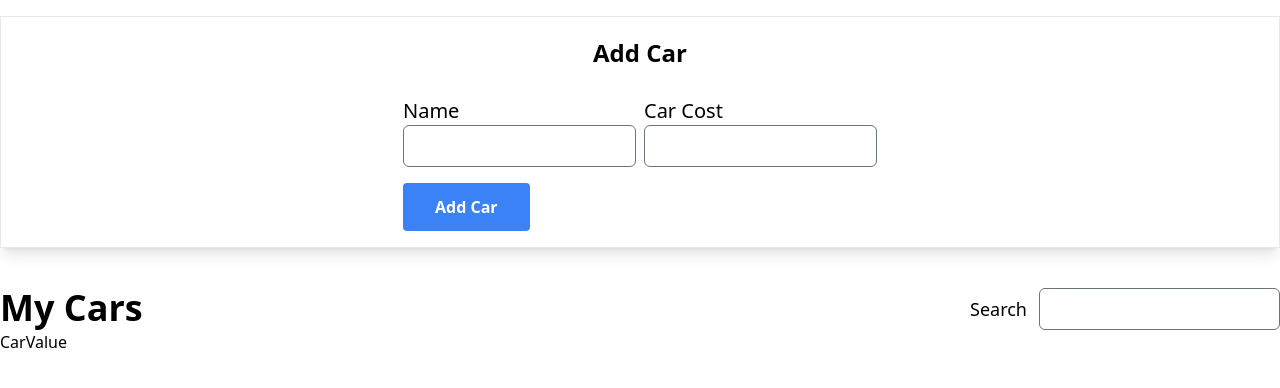
Repository: Marhamat92/carsappreduxtoolkit
Page: /
These files come from the project's save history. The page is drawn as it stood at one moment and after the next save; the edit follows.
The browser window is 1280 px wide. The pictures show the whole page.
The project was rebuilt for these pictures with package versions that can differ from the ones it lists, and the page was loaded fresh each time.

Above is the page before, as saved 2023-01-24 00:07:13.

After the next save:
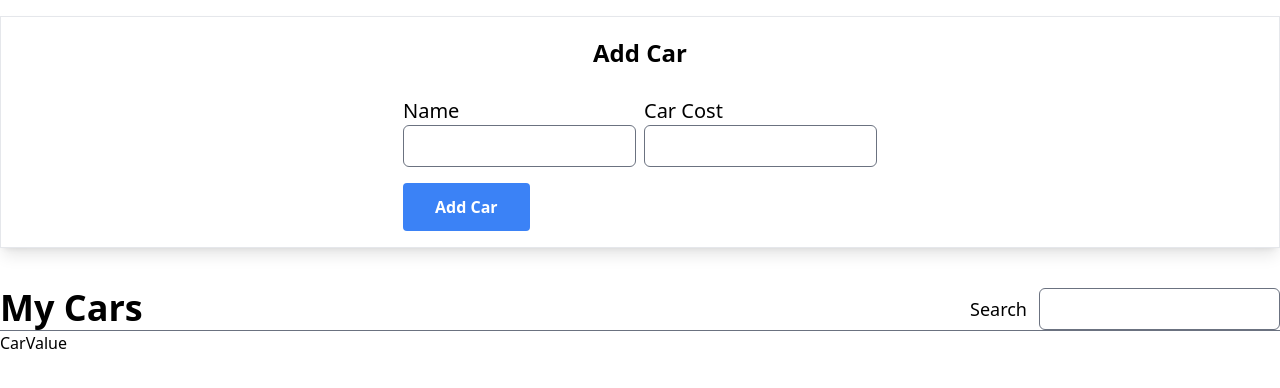
Saved 14 s later.
--- a/src/components/CarSearch.js
+++ b/src/components/CarSearch.js
@@ -20,7 +20,7 @@ function CarSearch() {
 
   return (
     <div>
-      <div className='flex justify-between mt-10 border-b-gray-500' >
+      <div className='flex justify-between mt-10 border-b border-gray-500' >
         <h1 className='text-4xl font-bold' >My Cars</h1>
         <div className='flex space-x-3 items-center' >
           <label className='text-lg' htmlFor="">Search</label>
